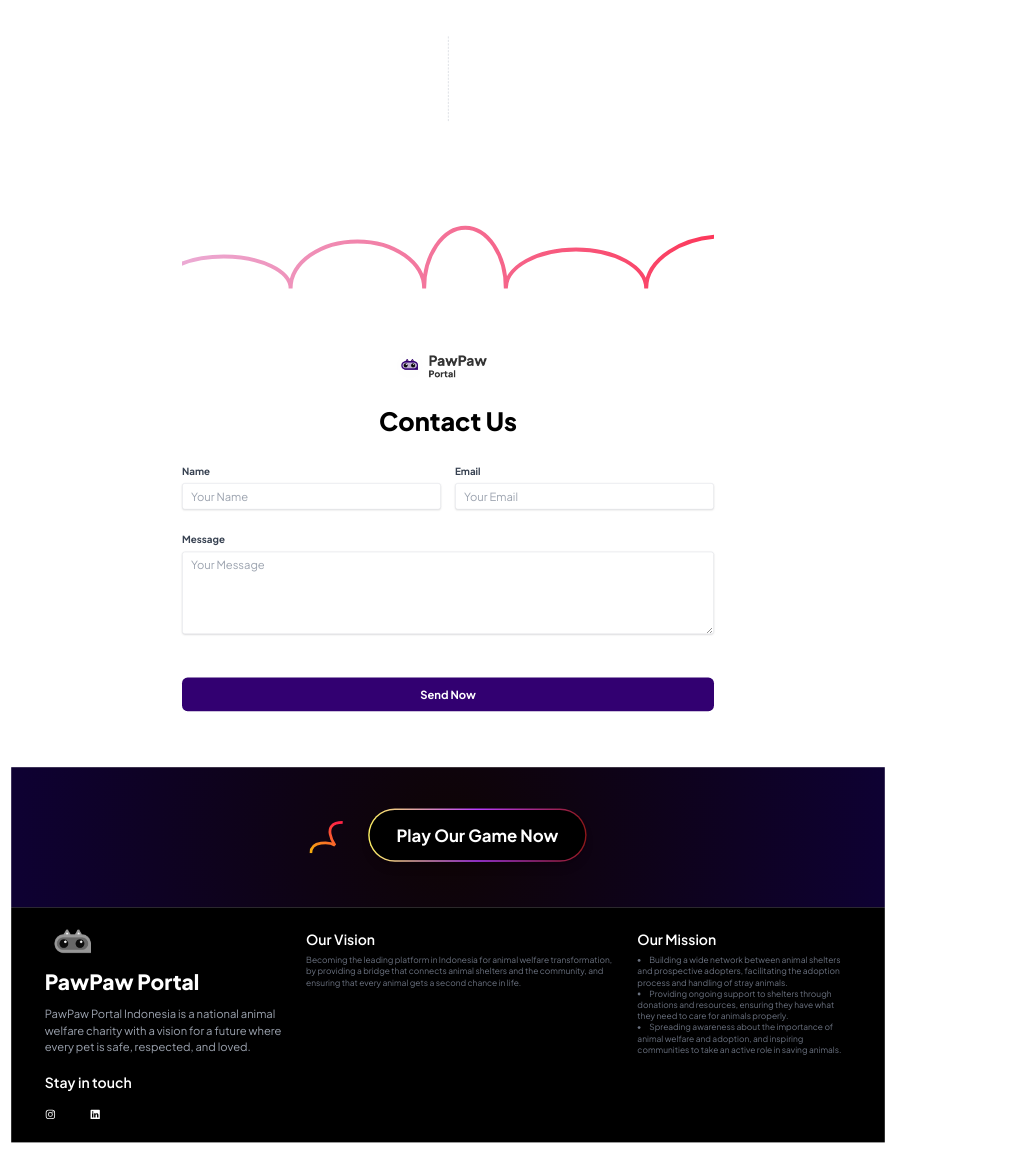
Repository: paskasiregar/pawpawwebsite
Page: /
These files come from the project's save history. The page is drawn as it stood at one moment and after the next save; the edit follows.
The browser window is 1280 px wide. The page is 1280 px wide, then 1450 px, so the pictures cover 1450 px, including what lies to the right of the window. The pictures show the part of the page from y = 1570 to 3250 px (the page is 3234 px tall before and 3250 px after), at 70% of full size.
The project was rebuilt for these pictures with package versions that can differ from the ones it lists, and the page was loaded fresh each time. The framework's server and built-in components were replaced by stand-ins that run in the browser. Also part of the build but not shown: next.config.js, next.config.mjs.

Above is the page before, as saved 2024-07-31 14:34:41.

After the next save:
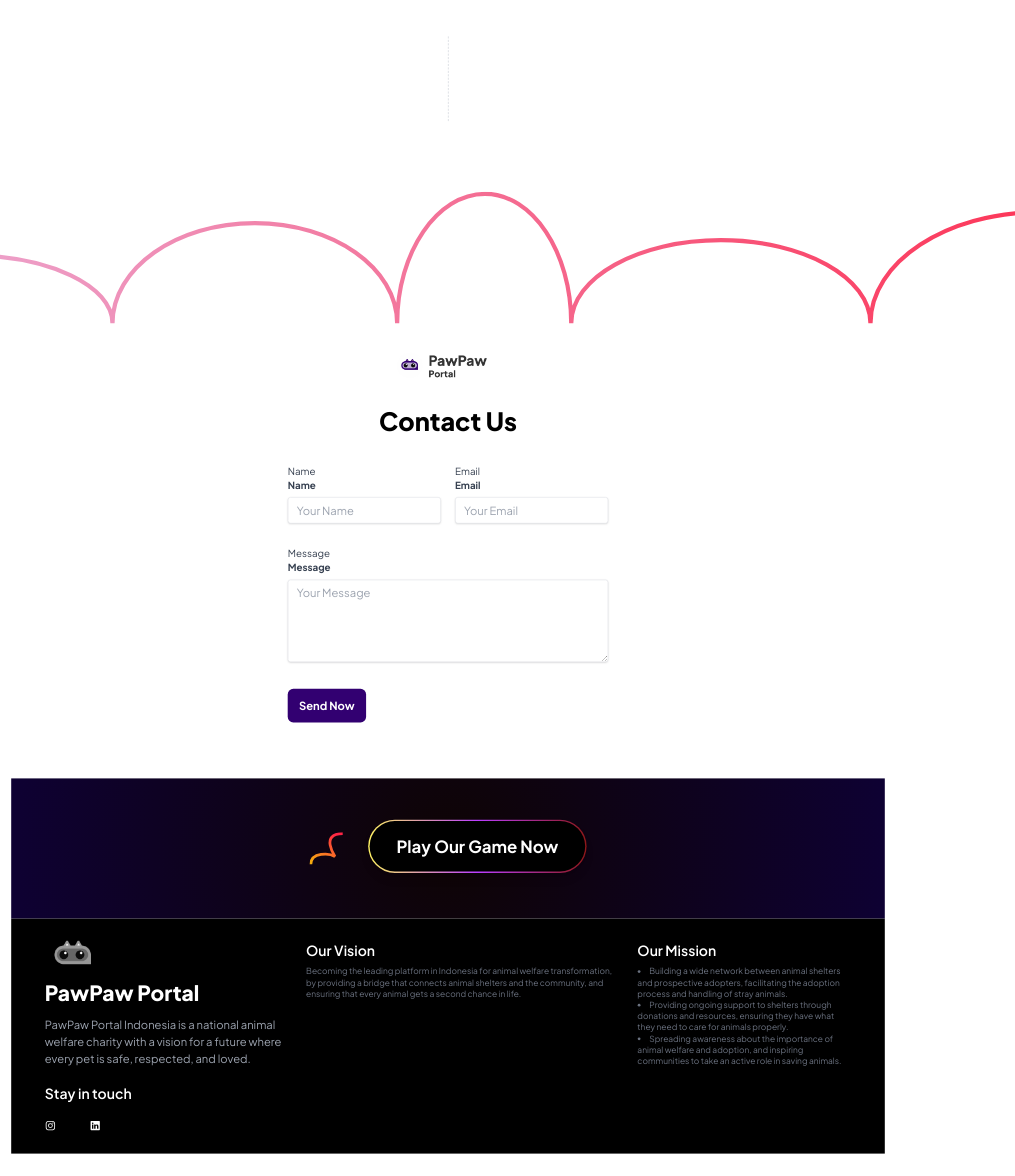
Saved 5 s later.
--- a/src/components/contact.jsx
+++ b/src/components/contact.jsx
@@ -11,7 +11,7 @@ export const Contact = () => {
     <div className="font-plus-jakarta flex flex-col items-center justify-center py-16 px-4 md:px-[200px] gap-[40px] text-29xl">
       <div className="flex justify-start items-start">
         <svg
-          width="w-auto"
+          width="1620"
           height="188"
           viewBox="0 0 1620 188"
           fill="none"
@@ -20,9 +20,9 @@ export const Contact = () => {
           <path
             d="M1891 188C1891 100.375 1784.67 29.342 1653.5 29.342C1522.34 29.342 1413.53 100.375 1413.53 188C1413.53 122.37 1317.84 69.158 1199.78 69.158C1081.72 69.158 986.029 122.362 986.029 188C986.029 85.8274 930.825 3 862.735 3C794.645 3 737.369 85.8274 737.369 188C737.369 108.853 646.33 44.6865 534.029 44.6865C421.728 44.6865 330.689 108.853 330.689 188C330.689 134.381 239.649 90.9105 127.349 90.9105C15.0481 90.9105 -76 134.381 -76 188"
             stroke="url(#paint0_linear_545_35799)"
-            stroke-width="12"
-            stroke-miterlimit="10"
-            stroke-linejoin="bevel"
+            strokeWidth="6"
+            strokeMiterlimit="10"
+            strokeLinejoin="bevel"
           />
           <defs>
             <linearGradient
@@ -33,8 +33,8 @@ export const Contact = () => {
               y2="91.1699"
               gradientUnits="userSpaceOnUse"
             >
-              <stop offset="0.0224" stop-color="#EBADD7" />
-              <stop offset="1" stop-color="#FF2445" />
+              <stop offset="0.0224" stopColor="#EBADD7" />
+              <stop offset="1" stopColor="#FF2445" />
             </linearGradient>
           </defs>
         </svg>
@@ -46,25 +46,43 @@ export const Contact = () => {
         width={120}
         height={20}
       />
-      <div className="flex justify-center text-4xl font-extrabold space-y-4">
-        Contact Us
-      </div>
-      <form action="https://submit-form.com/E0a8H8KS4" className="w-full">
+      <div className="text-4xl font-extrabold">Contact Us</div>
+      <form action="https://submit-form.com/E0a8H8KS4" method="POST">
         <div className="w-full flex flex-col items-start gap-[16px] text-base text-light-l800 font-regular-reg-2">
           <div className="w-full flex flex-col md:flex-row gap-[20px]">
             <div className="w-full md:w-1/2">
-              <NameInput className="w-full" />
+              <label
+                htmlFor="name"
+                className="block text-sm font-medium text-gray-700"
+              >
+                Name
+              </label>
+              <NameInput className="w-full" id="name" name="name" />
             </div>
             <div className="w-full md:w-1/2">
-              <EmailInput className="w-full" />
+              <label
+                htmlFor="email"
+                className="block text-sm font-medium text-gray-700"
+              >
+                Email
+              </label>
+              <EmailInput className="w-full" id="email" name="email" />
             </div>
           </div>
           <div className="w-full">
-            <MessageInput className="w-full" />
+            <label
+              htmlFor="message"
+              className="block text-sm font-medium text-gray-700"
+            >
+              Message
+            </label>
+            <MessageInput className="w-full" id="message" name="message" />
           </div>
         </div>
+        <div className="mt-4">
+          <PrimaryButton type="submit">Send Now</PrimaryButton>
+        </div>
       </form>
-      <PrimaryButton>Send Now</PrimaryButton>
     </div>
   );
 };
